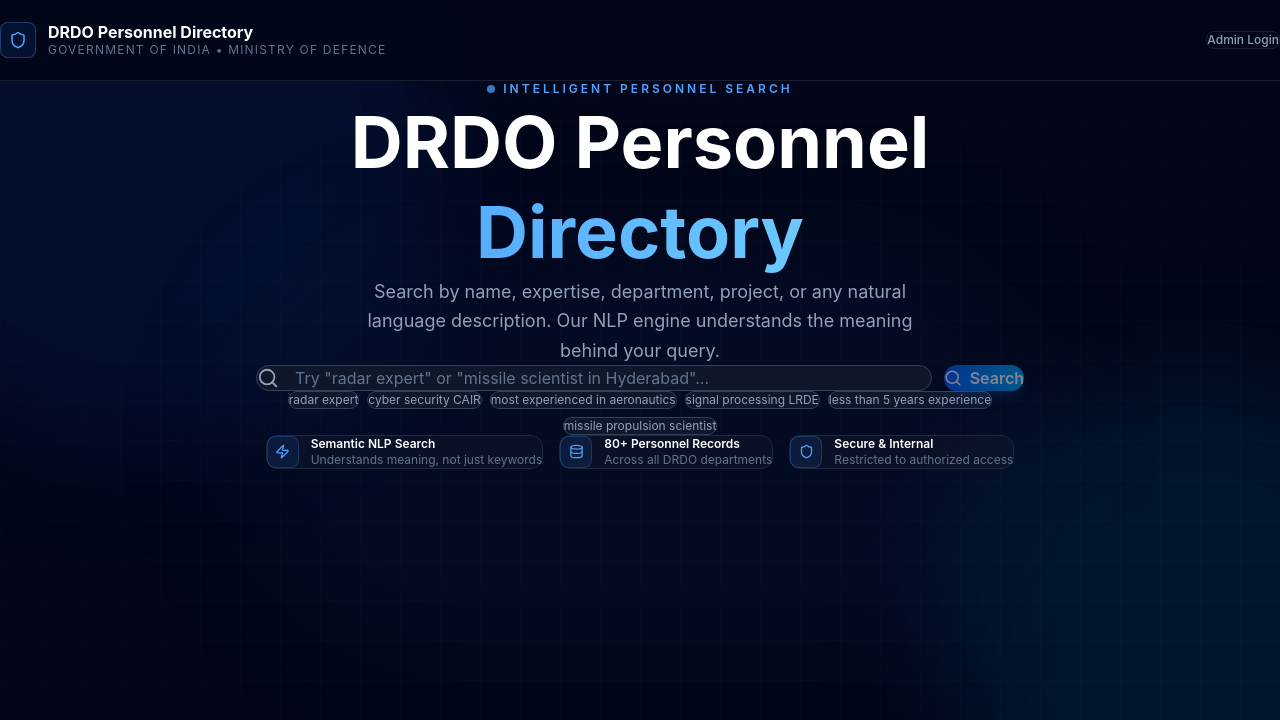
Repository: Mandeepigdtuw/DRDO-Directory
Page: / (app in frontend/)
The author's editor kept a copy of each file at every save. The page is drawn from the files as they stood at one save, then again after the next save.
The browser window is 1280 px wide. The pictures show the whole page.
The project was rebuilt for these pictures with package versions that can differ from the ones it lists, and the page was loaded fresh each time. Also part of the build but not shown: frontend/vite.config.js, frontend/src/components/PersonnelCard.jsx, frontend/src/components/ProfileModal.jsx, frontend/src/pages/AdminLogin.jsx, frontend/src/pages/AdminDashboard.jsx, frontend/src/pages/ManagePersonnel.jsx, frontend/src/pages/AddPersonnel.jsx, frontend/src/pages/EditPersonnel.jsx and 2 more.

Above is the page before, as saved 2026-07-23 02:38:02.

### frontend/src/index.css
@import "tailwindcss";
@tailwind base;
@tailwind components;
@tailwind utilities;

* {
  margin: 0;
  padding: 0;
  box-sizing: border-box;
}

body {
  font-family: 'Inter', sans-serif;
  background-color: #0f172a;
  color: #e2e8f0;
}

### frontend/src/App.jsx
// src/App.jsx
import { BrowserRouter, Routes, Route, Navigate } from 'react-router-dom'
import SearchPage from './pages/SearchPage'
import AdminLogin from './pages/AdminLogin'
import AdminDashboard from './pages/AdminDashboard'
import ManagePersonnel from './pages/ManagePersonnel'
import AddPersonnel from './pages/AddPersonnel'
import EditPersonnel from './pages/EditPersonnel'
import AnalyticsDashboard from './pages/AnalyticsDashboard'
import ProtectedRoute from './components/ProtectedRoute'

export default function App() {
  return (
    <BrowserRouter>
      <Routes>
        {/* User Side - Public */}
        <Route path="/" element={<SearchPage />} />

        {/* Admin Login - Public */}
        <Route path="/admin/login" element={<AdminLogin />} />

        {/* Admin Side - Protected (need JWT token) */}
        <Route path="/admin" element={<ProtectedRoute />}>
          <Route path="dashboard" element={<AdminDashboard />} />
          <Route path="personnel" element={<ManagePersonnel />} />
          <Route path="personnel/add" element={<AddPersonnel />} />
          <Route path="personnel/edit/:employee_id" element={<EditPersonnel />} />
          <Route path="analytics" element={<AnalyticsDashboard />} />
        </Route>

        {/* Catch all unknown URLs → redirect to home */}
        <Route path="*" element={<Navigate to="/" />} />
      </Routes>
    </BrowserRouter>
  )
}

### frontend/src/pages/SearchPage.jsx
// src/pages/SearchPage.jsx
import { useState } from 'react'
import { Search, Loader2, Zap, Shield, Database } from 'lucide-react'
import Navbar from '../components/Navbar'
import PersonnelCard from '../components/PersonnelCard'
import ProfileModal from '../components/ProfileModal'
import { searchPersonnel, getAllPersonnelPublic } from '../services/api'

export default function SearchPage() {
  const [query, setQuery] = useState('')
  const [results, setResults] = useState([])
  const [loading, setLoading] = useState(false)
  const [searched, setSearched] = useState(false)
  const [selectedPerson, setSelectedPerson] = useState(null)
  const [error, setError] = useState('')

  const isExperienceQuery = (q) => {
    const lower = q.toLowerCase()
    return (
      lower.includes('maximum experience') ||
      lower.includes('most experience') ||
      lower.includes('most experienced') ||
      lower.includes('maximum years') ||
      lower.includes('highest experience') ||
      lower.includes('senior most') ||
      lower.includes('most senior') ||
      lower.includes('experienced scientist') ||
      lower.includes('experienced engineer')
    )
  }

  const isMinExperienceQuery = (q) => {
    const lower = q.toLowerCase()
    return (
      lower.includes('less than') ||
      lower.includes('fewer than') ||
      lower.includes('under') ||
      lower.includes('below') ||
      lower.includes('least experience') ||
      lower.includes('minimum experience') ||
      lower.includes('least experienced') ||
      lower.includes('junior') ||
      lower.includes('entry level') ||
      lower.includes('fresher') ||
      lower.includes('newest') ||
      lower.includes('youngest')
    )
  }

  const extractNumber = (q) => {
    const match = q.match(/\d+/)
    return match ? parseInt(match[0]) : null
  }

  const hasDomainContext = (q) => {
    const experienceWords = [
      'most', 'maximum', 'highest', 'senior', 'experienced',
      'scientist', 'engineer', 'in', 'the', 'field', 'of', 'with'
    ]
    const words = q.toLowerCase().split(' ')
    const domainWords = words.filter(w => w.length > 2 && !experienceWords.includes(w))
    return domainWords.length > 0
  }

  const handleSearch = async () => {
    if (!query.trim()) return
    setLoading(true)
    setError('')
    setSearched(false)

    try {
      let data = []

      if (isMinExperienceQuery(query)) {
        const response = await getAllPersonnelPublic()
        let all = [...response.data.results]
        const num = extractNumber(query)
        if (num !== null) all = all.filter(p => p.years_of_experience < num)
        data = all.sort((a, b) => a.years_of_experience - b.years_of_experience)
          .map((p, i) => ({ ...p, relevance_score: Math.max(0.99 - i * 0.01, 0.1) }))

      } else if (isExperienceQuery(query) && hasDomainContext(query)) {
        const response = await searchPersonnel(query + '&top_k=30')
        data = [...response.data.results]
          .sort((a, b) => b.years_of_experience - a.years_of_experience)
          .slice(0, 10)
          .map((p, i) => ({ ...p, relevance_score: Math.max(0.99 - i * 0.02, 0.1) }))

      } else if (isExperienceQuery(query)) {
        const response = await getAllPersonnelPublic()
        data = [...response.data.results]
          .sort((a, b) => b.years_of_experience - a.years_of_experience)
          .map((p, i) => ({ ...p, relevance_score: Math.max(0.99 - i * 0.01, 0.1) }))

      } else {
        const response = await searchPersonnel(query)
        data = response.data.results
      }

      setResults(data)
      setSearched(true)
    } catch (err) {
      setError('Search failed. Please make sure the backend server is running.')
    } finally {
      setLoading(false)
    }
  }

  const handleKeyDown = (e) => {
    if (e.key === 'Enter') handleSearch()
  }

  const hints = [
    'radar expert',
    'cyber security CAIR',
    'most experienced in aeronautics',
    'signal processing LRDE',
    'less than 5 years experience',
    'missile propulsion scientist',
  ]

  const features = [
    { icon: Zap, label: 'Semantic NLP Search', desc: 'Understands meaning, not just keywords' },
    { icon: Database, label: '80+ Personnel Records', desc: 'Across all DRDO departments' },
    { icon: Shield, label: 'Secure & Internal', desc: 'Restricted to authorized access' },
  ]

  return (
    <div className="min-h-screen bg-slate-950 text-white">

      {/* Background */}
      <div className="pointer-events-none fixed inset-0 z-0">
        <div className="absolute -left-40 -top-40 h-[600px] w-[600px] rounded-full bg-blue-600/10 blur-3xl" />
        <div className="absolute -bottom-40 -right-40 h-[500px] w-[500px] rounded-full bg-sky-500/10 blur-3xl" />
        <div className="absolute top-1/3 left-1/2 -translate-x-1/2 h-[400px] w-[800px] rounded-full bg-blue-900/10 blur-3xl" />
        <div
          className="absolute inset-0 opacity-[0.025]"
          style={{
            backgroundImage: 'linear-gradient(rgba(255,255,255,0.5) 1px, transparent 1px), linear-gradient(90deg, rgba(255,255,255,0.5) 1px, transparent 1px)',
            backgroundSize: '40px 40px',
          }}
        />
      </div>

      <div className="relative z-10 flex flex-col min-h-screen">
        <Navbar isAdmin={false} />

        {/* Hero Section */}
        <div className="flex flex-col items-center justify-center px-6 pt-20 pb-12">

          {/* Badge */}
          <div className="flex items-center gap-2 mb-6">
            <div className="w-2 h-2 rounded-full bg-blue-400 animate-pulse" />
            <span className="text-blue-400 text-xs font-semibold uppercase tracking-[0.25em]">
              Intelligent Personnel Search
            </span>
          </div>

          {/* Title */}
          <h1 className="text-5xl sm:text-6xl lg:text-7xl font-bold text-white text-center leading-tight mb-5">
            DRDO Personnel
            <span className="block text-transparent bg-clip-text bg-gradient-to-r from-blue-400 to-sky-300">
              Directory
            </span>
          </h1>

          {/* Subtitle */}
          <p className="text-slate-400 text-center text-base sm:text-lg max-w-xl leading-relaxed mb-10">
            Search by name, expertise, department, project, or any natural language description.
            Our NLP engine understands the meaning behind your query.
          </p>

          {/* Search Bar */}
          <div className="w-full max-w-3xl flex gap-3 mb-5">
            <div className="flex-1 flex items-center bg-slate-900 border border-slate-700 hover:border-slate-500 focus-within:border-blue-500 focus-within:ring-4 focus-within:ring-blue-500/10 rounded-2xl px-5 gap-4 transition-all">
              <Search className="text-slate-400 shrink-0" size={22} />
              <input
                type="text"
                value={query}
                onChange={(e) => setQuery(e.target.value)}
                onKeyDown={handleKeyDown}
                placeholder='Try "radar expert" or "missile scientist in Hyderabad"...'
                className="flex-1 bg-transparent text-white py-5 outline-none placeholder-slate-500 text-base"
              />
              {query && (
                <button
                  onClick={() => { setQuery(''); setResults([]); setSearched(false) }}
                  className="text-slate-500 hover:text-white transition text-2xl leading-none shrink-0"
                >
                  ×
                </button>
              )}
            </div>
            <button
              onClick={handleSearch}
              disabled={loading || !query.trim()}
              className="flex items-center gap-2 bg-gradient-to-r from-blue-600 to-sky-500 hover:opacity-90 disabled:opacity-50 disabled:cursor-not-allowed text-white px-8 rounded-2xl font-semibold text-base shadow-lg shadow-blue-500/20 transition whitespace-nowrap"
            >
              {loading
                ? <Loader2 size={20} className="animate-spin" />
                : <Search size={18} />}
              {loading ? 'Searching...' : 'Search'}
            </button>
          </div>

          {/* Hint chips */}
          <div className="flex flex-wrap gap-2 justify-center max-w-3xl mb-12">
            {hints.map((hint) => (
              <button
                key={hint}
                onClick={() => setQuery(hint)}
                className="text-xs text-slate-400 hover:text-blue-300 bg-slate-900 hover:bg-slate-800 border border-slate-700 hover:border-blue-500/40 px-4 py-2 rounded-full transition-all"
              >
                {hint}
              </button>
            ))}
          </div>

          {/* Feature badges — shown only when no search done */}
          {!searched && (
            <div className="flex flex-wrap gap-4 justify-center">
              {features.map((f) => (
                <div key={f.label} className="flex items-center gap-3 bg-slate-900/60 border border-slate-800 rounded-xl px-5 py-3">
                  <div className="flex h-8 w-8 items-center justify-center rounded-lg bg-blue-500/10 border border-blue-400/20">
                    <f.icon size={15} className="text-blue-400" />
                  </div>
                  <div>
                    <p className="text-white text-xs font-semibold">{f.label}</p>
                    <p className="text-slate-500 text-xs">{f.desc}</p>
                  </div>
                </div>
              ))}
            </div>
          )}
        </div>

        {/* Results Section */}
        <div className="flex-1 w-full px-6 sm:px-10 lg:px-16 pb-16">

          {error && (
            <div className="text-red-400 bg-red-400/10 border border-red-400/20 rounded-xl p-4 text-center mb-6 text-sm max-w-3xl mx-auto">
              {error}
            </div>
          )}

          {searched && (
            <div className="flex items-center justify-between mb-6 max-w-7xl mx-auto">
              <p className="text-slate-400 text-sm">
                {results.length > 0
                  ? <span><span className="text-white font-semibold">{results.length}</span> results for <span className="text-blue-400">"{query}"</span> — ranked by relevance</span>
                  : <span>No results found for <span className="text-blue-400">"{query}"</span></span>
                }
              </p>
            </div>
          )}

          {results.length > 0 && (
            <div className="grid grid-cols-1 md:grid-cols-2 xl:grid-cols-3 gap-4 max-w-7xl mx-auto">
              {results.map((person, index) => (
                <PersonnelCard
                  key={person.employee_id}
                  person={person}
                  rank={index + 1}
                  onClick={() => setSelectedPerson(person)}
                />
              ))}
            </div>
          )}

          {searched && results.length === 0 && (
            <div className="text-center py-20 text-slate-500">
              <Search size={52} className="mx-auto mb-5 opacity-20" />
              <p className="text-xl font-medium text-slate-400 mb-2">No personnel found</p>
              <p className="text-sm">Try different keywords or a broader description</p>
            </div>
          )}
        </div>
      </div>

      {selectedPerson && (
        <ProfileModal
          person={selectedPerson}
          onClose={() => setSelectedPerson(null)}
        />
      )}
    </div>
  )
}

### frontend/src/components/Navbar.jsx
// src/components/Navbar.jsx
import { Link, useNavigate, useLocation } from 'react-router-dom'
import { Shield, LogOut, Users, BarChart2, Plus, Search } from 'lucide-react'

export default function Navbar({ isAdmin = false }) {
  const navigate = useNavigate()
  const location = useLocation()

  const handleLogout = () => {
    localStorage.removeItem('admin_token')
    navigate('/admin/login')
  }

  const isActive = (path) =>
    location.pathname === path ||
    location.pathname.startsWith(path + '/')

  if (!isAdmin) {
    return (
      <nav className="w-full border-b border-white/10 bg-slate-950/90 backdrop-blur-xl">
        <div className="flex h-20 w-full items-center justify-between px-6 sm:px-10 lg:px-16">
          <div className="flex items-center gap-3">
            <div className="flex h-9 w-9 items-center justify-center rounded-lg border border-blue-400/30 bg-blue-500/10">
              <Shield size={18} className="text-blue-400" />
            </div>
            <div>
              <p className="text-base font-bold text-white leading-tight">
                DRDO Personnel Directory
              </p>
              <p className="text-xs uppercase tracking-widest text-slate-500">
                Government of India • Ministry of Defence
              </p>
            </div>
          </div>
          <Link
            to="/admin/login"
            className="text-xs font-medium text-slate-400 hover:text-blue-400 transition border border-white/10 hover:border-blue-400/30 px-4 py-2 rounded-lg"
          >
            Admin Login
          </Link>
        </div>
      </nav>
    )
  }

  const navLinks = [
    { to: '/admin/dashboard', label: 'Dashboard', icon: Shield },
    { to: '/admin/personnel', label: 'Personnel', icon: Users },
    { to: '/admin/personnel/add', label: 'Add', icon: Plus },
    { to: '/admin/analytics', label: 'Analytics', icon: BarChart2 },
  ]

  return (
    <nav className="w-full border-b border-white/10 bg-slate-950/90 backdrop-blur-xl">
      <div className="flex h-20 w-full items-center justify-between px-6 sm:px-10 lg:px-16">

        {/* Left — Branding */}
        <div className="flex items-center gap-3 shrink-0">
          <div className="flex h-9 w-9 items-center justify-center rounded-lg border border-blue-400/30 bg-blue-500/10">
            <Shield size={18} className="text-blue-400" />
          </div>
          <div className="hidden sm:block">
            <p className="text-sm font-bold text-white leading-tight">DRDO Admin</p>
            <p className="text-[10px] uppercase tracking-widest text-slate-500">
              Personnel Directory
            </p>
          </div>
        </div>

        {/* Center — Nav Links */}
        <div className="flex items-center gap-1">
          <Link
            to="/"
            className="flex items-center gap-2 px-4 py-2 rounded-lg text-sm font-medium text-slate-400 hover:text-white hover:bg-white/5 transition"
          >
            <Search size={16} />
            <span className="hidden sm:block">Search</span>
          </Link>

          {navLinks.map((link) => {
            const active = isActive(link.to)
            return (
              <Link
                key={link.to}
                to={link.to}
                className={
                  'flex items-center gap-2 px-4 py-2 rounded-lg text-sm font-medium transition ' +
                  (active
                    ? 'bg-blue-500/15 text-blue-400 border border-blue-400/20'
                    : 'text-slate-400 hover:text-white hover:bg-white/5')
                }
              >
                <link.icon size={16} />
                <span className="hidden sm:block">{link.label}</span>
              </Link>
            )
          })}
        </div>

        {/* Right — Logout */}
        <button
          onClick={handleLogout}
          className="flex items-center gap-2 px-4 py-2 rounded-lg text-sm font-medium text-slate-400 hover:text-red-400 hover:bg-red-400/5 border border-transparent hover:border-red-400/20 transition shrink-0"
        >
          <LogOut size={16} />
          <span className="hidden sm:block">Logout</span>
        </button>

      </div>
    </nav>
  )
}

### frontend/src/services/api.js
// src/services/api.js
import axios from 'axios'

const BASE_URL = 'http://localhost:8000'

// Create axios instance pointing to our backend
const api = axios.create({
  baseURL: BASE_URL,
})

// Automatically attach JWT token to every request if it exists
api.interceptors.request.use((config) => {
  const token = localStorage.getItem('admin_token')
  if (token) {
    config.headers.Authorization = `Bearer ${token}`
  }
  return config
})

// ─── AUTH ────────────────────────────────────────
export const loginAdmin = (username, password) =>
  api.post('/auth/login', { username, password })

// ─── SEARCH ──────────────────────────────────────
export const searchPersonnel = (query) =>
  api.get(`/search/?q=${encodeURIComponent(query)}`)


// ─── ADMIN PERSONNEL ─────────────────────────────
export const getAllPersonnel = () =>
  api.get('/admin/personnel')

export const getPersonById = (employee_id) =>
  api.get(`/admin/personnel/${employee_id}`)

export const addPersonnel = (data) =>
  api.post('/admin/personnel', data)

export const updatePersonnel = (employee_id, data) =>
  api.put(`/admin/personnel/${employee_id}`, data)

export const deletePersonnel = (employee_id) =>
  api.delete(`/admin/personnel/${employee_id}`)

// ─── ANALYTICS ───────────────────────────────────
export const getAnalyticsSummary = () =>
  api.get('/admin/analytics/summary')

export const getTopSearches = () =>
  api.get('/admin/analytics/top-searches')

export const getSearchTrends = () =>
  api.get('/admin/analytics/trends')

export const getDepartmentStats = () =>
  api.get('/admin/analytics/department-stats')

export const getZeroResults = () =>
  api.get('/admin/analytics/zero-results')

// Add this to the bottom of src/services/api.js
export const getAllPersonnelPublic = () =>
  api.get('/search/all')

Loaded but not shown: frontend/src/main.jsx (common file)

After the next save:
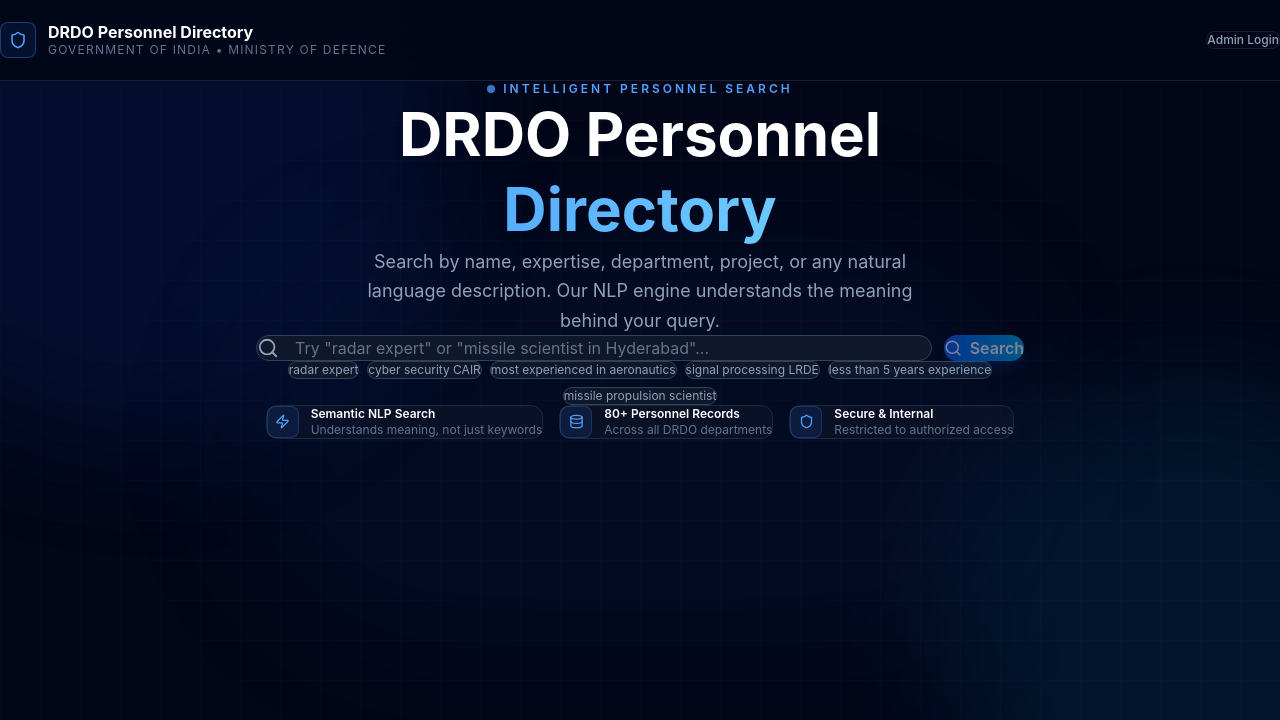
Saved 92 s later.
--- a/frontend/src/pages/SearchPage.jsx
+++ b/frontend/src/pages/SearchPage.jsx
@@ -157,7 +157,7 @@
           </div>
 
           {/* Title */}
-          <h1 className="text-5xl sm:text-6xl lg:text-7xl font-bold text-white text-center leading-tight mb-5">
+          <h1 className="text-5xl sm:text-6xl lg:text-7l font-bold text-white text-center leading-tight mb-5">
             DRDO Personnel
             <span className="block text-transparent bg-clip-text bg-gradient-to-r from-blue-400 to-sky-300">
               Directory
